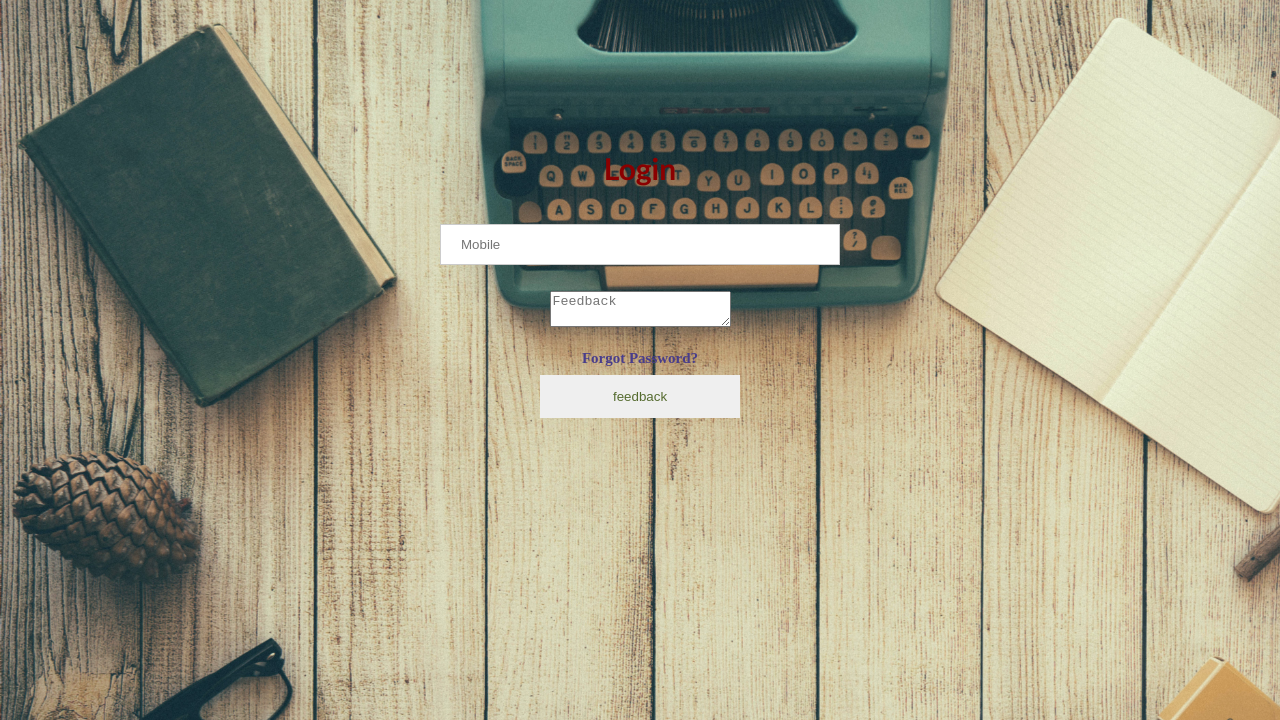
Repository: NAYAN9534/vehicle-booking-system
Page: http://localhost/minor/feedbackform.jsp
An editor plug-in stored every save of this project. The page is shown before and after the next save, followed by the edit.
The browser window is 1280 px wide. The pictures show the whole page.
The page is served by Tomcat 9.

Above is the page before, as saved 2017-05-27 18:19:21.

After the next save:
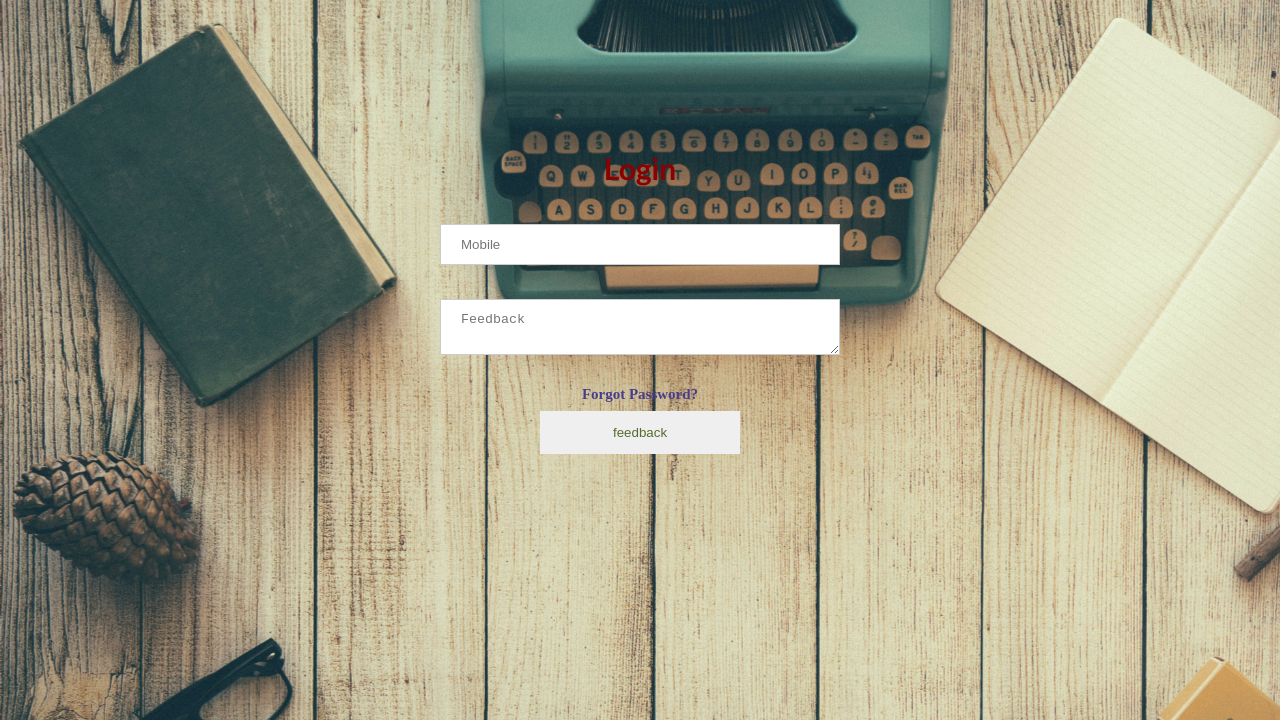
Saved 91 s later.
--- a/minor/WebContent/feedbackform.jsp
+++ b/minor/WebContent/feedbackform.jsp
@@ -28,7 +28,7 @@ button
     width:200px;
     transition-duration: 0.4s;
 }
-input[type=text], input[type=password]
+input[type=text], textarea[type=text]
 {
     width: 400px;
     padding: 12px 20px;
